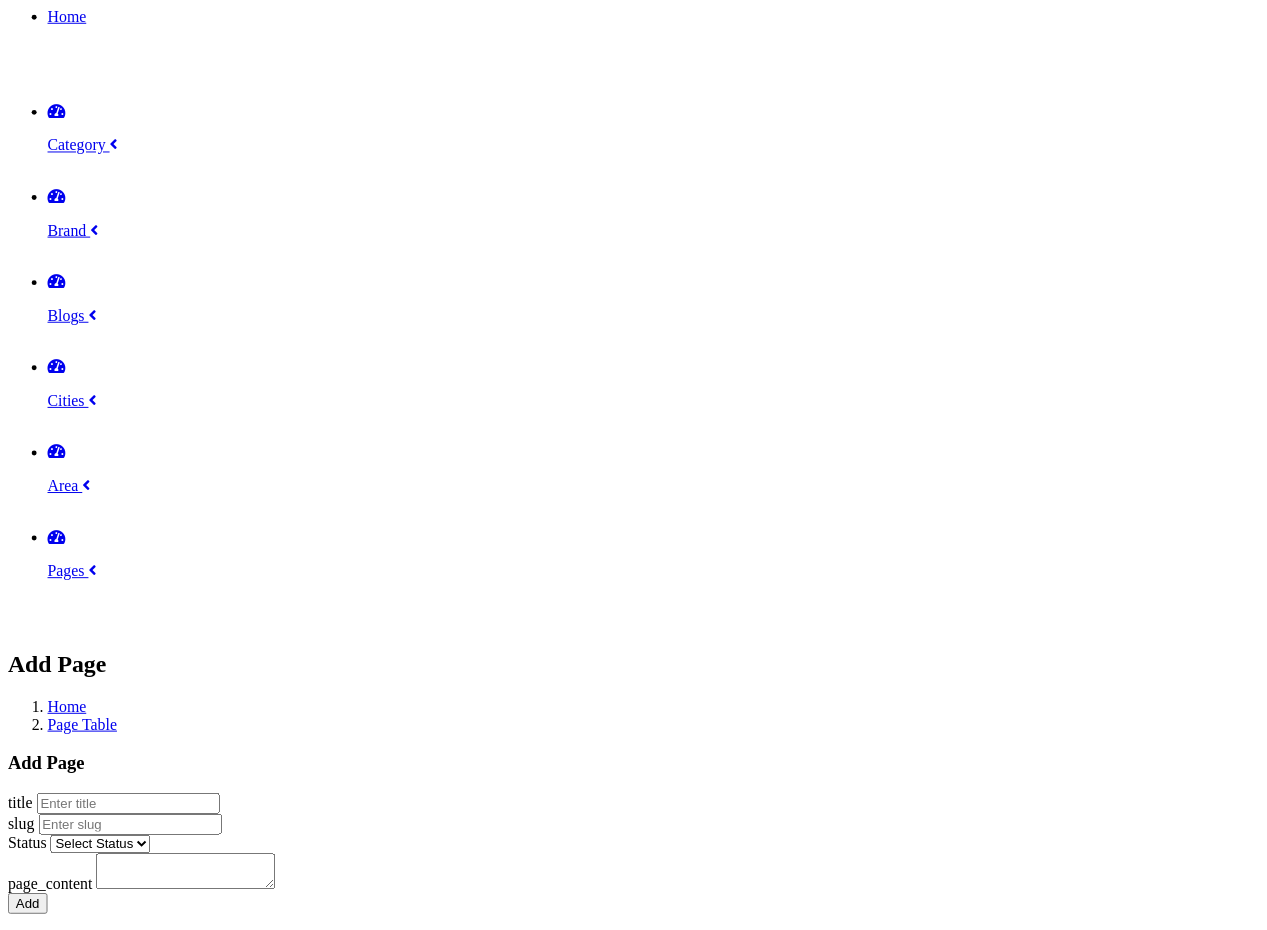
Repository: samiraelshon123/LP_Project
Page: http://localhost/admin/Page/create
These files come from the project's save history. The page is drawn as it stood at one moment and after the next save; the edit follows.
The browser window is 1280 px wide. The pictures show the whole page, at 99% of full size.
Some web fonts or font styles are not loaded; a fallback is used. The page is served by the project's Laravel application, run on PHP 8.4 with Laravel 9. A made-up administrator, Test User (test@example.com), is signed in. Other server files are loaded and not shown.

Above is the page before, as saved 2023-05-29 23:04:21.
Console error: ReferenceError: $ is not defined

### routes/web.php
<?php

use App\Http\Controllers\admin\AreaController;
use Illuminate\Support\Facades\Route;
use App\Http\Controllers\admin\CategoryController;
use App\Http\Controllers\admin\BrandController;
use App\Http\Controllers\admin\BlogController;
use App\Http\Controllers\admin\CityController;
use App\Http\Controllers\admin\PageController;
use App\Http\Controllers\admin\SocialMediaController;
use App\Http\Controllers\auth\RegisterController;
use App\Http\Controllers\auth\LoginController;
use App\Http\Controllers\auth\LogoutController;
use App\Http\Controllers\auth\AdminLoginController;

////////////

//user

use App\Http\Controllers\User\UserController;

/*
|--------------------------------------------------------------------------
| Web Routes
|--------------------------------------------------------------------------
|
| Here is where you can register web routes for your application. These
| routes are loaded by the RouteServiceProvider within a group which
| contains the "web" middleware group. Now create something great!
|
*/

Route::group(['prefix' => 'admin','middleware' => ['auth:admin']], function() {
        //admin
        Route::get('/', function(){
            return view('admin.dashboard');
        })->name('admin');

    // brand
    Route::resource('category', CategoryController::class);

    Route::resource('city', CityController::class);

    Route::resource('Area', AreaController::class);

    Route::resource('Page', PageController::class);




    // governorate
    Route::resource('brand', BrandController::class);

    //blog
     Route::resource('blog',BlogController::class);



});

//////////////////////////////////


Route::group(['middleware' => ['auth']], function() {
    Route::get('/', [UserController::class, 'home'])->name('user.home');
    Route::get('categories', [UserController::class, 'categories'])->name('user.categories');
    Route::get('about_us', [UserController::class, 'about_us'])->name('user.about_us');
    Route::get('change_location', [UserController::class, 'change_location'])->name('user.change_location');
    Route::get('contact_us', [UserController::class, 'contact_us'])->name('user.contact_us');
    Route::get('faq', [UserController::class, 'faq'])->name('user.faq');
    Route::get('privacy', [UserController::class, 'privacy'])->name('user.privacy');
    Route::get('terms_of_use', [UserController::class, 'terms_of_use'])->name('user.terms_of_use');
    Route::get('service_details', [UserController::class, 'service_details'])->name('user.service_details');
    Route::get('services_by_category', [UserController::class, 'services_by_category'])->name('user.services_by_category');




});

//////////////////////////////////

//authentication

Route::get('/register', [RegisterController::class, 'register'])->name('register');
Route::post('/register', [RegisterController::class, 'registerUser'])->name('registerUser');


Route::get('/login', [LoginController::class, 'login'])->name('login');
Route::post('/login', [LoginController::class, 'loginUser'])->name('loginUser');


Route::get('/logout', [LogoutController::class, 'logout']);

Route::get('/adminlogin', [AdminLoginController::class, 'loginPage']);
Route::post('/adminlogin', [AdminLoginController::class, 'loginAdmin'])->name('adminlogin');

### app/Models/User.php
<?php

namespace App\Models;

use Illuminate\Contracts\Auth\MustVerifyEmail;
use Illuminate\Database\Eloquent\Factories\HasFactory;
use Illuminate\Foundation\Auth\User as Authenticatable;
use Illuminate\Notifications\Notifiable;
use Laravel\Sanctum\HasApiTokens;

class User extends Authenticatable
{
    use HasApiTokens, HasFactory, Notifiable;

    /**
     * The attributes that are mass assignable.
     *
     * @var array<int, string>
     */
    protected $fillable = [
        'name',
        'phone',
        'email',
        'username',
        'password',
        'user_type'
    ];

    /**
     * The attributes that should be hidden for serialization.
     *
     * @var array<int, string>
     */
    protected $hidden = [
        'password',
        'remember_token',
    ];

    /**
     * The attributes that should be cast.
     *
     * @var array<string, string>
     */
    protected $casts = [
        'email_verified_at' => 'datetime',
    ];
     public function order(){
         return $this->belongsToMany(User::class, 'ord_users', 'user_id', 'order_id');
     }
}

### app/Models/Admin.php
<?php

namespace App\Models;

use Illuminate\Contracts\Auth\MustVerifyEmail;
use Illuminate\Database\Eloquent\Factories\HasFactory;
use Illuminate\Foundation\Auth\User as Authenticatable;
use Illuminate\Notifications\Notifiable;
use Laravel\Sanctum\HasApiTokens;

class Admin extends Authenticatable
{
    use HasApiTokens, HasFactory, Notifiable;
    public $table = 'admins';
    /**
     * The attributes that are mass assignable.
     *
     * @var array<int, string>
     */
    protected $fillable = [
        'name',
        'username',
        'role',
        'image',
        'description',
        'designation',
        'email',
        'password',
    ];

    /**
     * The attributes that should be hidden for serialization.
     *
     * @var array<int, string>
     */
    protected $hidden = [
        'password',
        'remember_token',
    ];

    /**
     * The attributes that should be cast.
     *
     * @var array<string, string>
     */
    protected $casts = [
        'email_verified_at' => 'datetime',
    ];
}

### app/Http/Controllers/admin/PageController.php
<?php

namespace App\Http\Controllers\admin;

use App\Http\Controllers\Controller;
use App\Models\Page;
use Illuminate\Http\Request;

class PageController extends Controller
{
    public function __construct()
    {
        $this->middleware('auth:admin');
    }

    public function index(){
        $pages = Page::all();

        return view('admin.pages.index', compact('pages'));

    }
    public function create(){
        return view('admin.pages.create');
    }
    public function store(Request $request)
    {
        $data = $request->validate([
            'title' => 'required|string',
            'slug' => 'required|string',
            'page_content' => 'required|string',
            'status' => 'required|string',

        ]);


        Page::create($data);
            session()->flash('add_message', 'Page has been added');

        return  redirect('admin/Page');
    }

    public function edit($id){

        $Page = Page::find($id);

        return view('admin.pages.edit', compact('Page'));
    }
    public function update(Request $request, $id){
        $data = $request->validate([
            'title' => 'required|string',
            'slug' => 'required|string',
            'page_content' => 'required|string',
             'status' => 'required|string',

        ]);
        $Page = Page::find($id);

        $Page->update($data);
        session()->flash('edit_message', 'Page has been updated');
        return  redirect('admin/Page');

    }
    public function destroy($id){
        $Page = Page::find($id);
        $Page->delete();
        session()->flash('delete_message', 'Page has been deleted');
        return  redirect('admin/Page');
    }
}

### resources/views/admin/pages/create.blade.php
@extends('layouts.admin')
@section('content')

  <div class="content-wrapper" style="margin-left: 0px;">
    <section class="content-header">
      <div class="container-fluid">
        <div class="row mb-2">
          <div class="col-sm-6">
            <h1>Add Page</h1>
          </div>
          <div class="col-sm-6">
            <ol class="breadcrumb float-sm-right">
              <li class="breadcrumb-item"><a href="{{route('admin')}}">Home</a></li>
              <li class="breadcrumb-item active"><a href="{{route('Page.index')}}">Page Table</a></li>
            </ol>
          </div>
        </div>
      </div>
    </section>

    <section class="content">
      <div class="container-fluid">
        <div class="row">



<div class="card card-primary" style="width: 100%;">
    @if ($errors->any())
            <div class="alert alert-danger">
                <ul>
                    @foreach ($errors->all() as $error)
                        <li>{{ $error }}</li>
                    @endforeach
                </ul>
            </div>
    @endif
    <div class="card-header">
        <h3 class="card-title">Add Page</h3>
    </div>

    <form action="{{route('Page.store')}}" method="POST" enctype="multipart/form-data">
        @csrf


        <div class="card-body">
          <div class="row">
            <div class="form-group col-6">
                <label for="exampleInputEmail1">title</label>
                <input type="text" class="form-control" id="exampleInputEmail1"  value="{{old('title')}}" name="title" placeholder="Enter title">
            </div>

            <div class="form-group col-6">
                <label for="exampleInputEmail1">slug</label>
                <input type="text" class="form-control" id="slug" value="{{old('slug')}}" name="slug" placeholder="Enter slug">
            </div>
            <div class="form-group col-6">
                <label for="exampleInputEmail1">Status</label>
                <select name="status" id="" class="form-control">
                <option value="" disabled selected>Select Status</option>

                  <option value="1">Active</option>
                  <option value="0">InActive</option>

                </select>
              </div>
              <div class="form-group col-6">
                <label for="exampleInputEmail1" id="summernote">page_content</label>
                <textarea id="summernote"></textarea>              </div>



            </div>

        </div>
        <div class="card-footer">
            <button type="submit" class="btn btn-primary">Add</button>
        </div>
    </form>
</div>
        </div>

      </div>
    </section>
  </div>
@endsection

<script>
  $(document).ready(function() {
   $('#summernote').summernote();
});
$(document).ready(function() {
   $('#summernote').summernote({
      height: 300, // set editor height
      minHeight: null, // set minimum height of editor
      maxHeight: null, // set maximum height of editor
      focus: true // set focus to editable area after initializing summernote
   });
});
var content = $('#summernote').summernote('code');
$('#summernote').summernote('code', '<p>This is the content of the editor.</p>');
$('#save').click(function(){
   var aHTML = $('.summernote').code(); //save HTML If you need(aHTML: array).
   $('.summernote').destroy();
   $.ajax({
      url: '/save',
      type: 'post',
      data: {content: aHTML},
      success: function(){
         alert('Your content was successfully saved');
      }
   });
});
</script>

### resources/views/layouts/admin.blade.php


  @include('includes.header')

  @include('includes.main_sidebar')

  <div class="content-wrapper">

    @yield('content')
  </div>


</div>

### resources/views/includes/header.blade.php

<!DOCTYPE html>
<html lang="en">
<head>
  <meta charset="utf-8">
  <meta name="viewport" content="width=device-width, initial-scale=1">
  <title>LP Dashboard</title>

  <link rel="stylesheet" href="{{asset('https://fonts.googleapis.com/css?family=Source+Sans+Pro:300,400,400i,700&display=fallback')}}">
  <link rel="stylesheet" href="{{asset('plugins/fontawesome-free/css/all.min.css')}}">
  <link rel="stylesheet" href="{{asset('dist/css/adminlte.min.css')}}">
</head>
<body class="hold-transition sidebar-mini layout-fixed">
<div class="wrapper">


  <nav class="main-header navbar navbar-expand navbar-white navbar-light">
    <ul class="navbar-nav">

      <li class="nav-item d-none d-sm-inline-block">
        <a href="{{route('admin')}}" class="nav-link">Home</a>
      </li>

    </ul>
  </nav>

### resources/views/includes/main_sidebar.blade.php

<aside class="main-sidebar sidebar-dark-primary elevation-4">

    <div class="sidebar">
      <div class="user-panel mt-3 pb-3 mb-3 d-flex">
        <div class="image">
        </div>
        <div class="info">
        <h5 style="color:white;" class="d-block">LP Dashboard</h5>
        </div>
      </div>



      <!-- Sidebar Menu -->
      <nav class="mt-2">
        <ul class="nav nav-pills nav-sidebar flex-column" data-widget="treeview" role="menu" data-accordion="false">

          <br>
              <li class="nav-item menu-open">
                <a href="{{route('category.index')}}" class="nav-link active">
                  <i class="nav-icon fas fa-tachometer-alt"></i>
                  <p>
                  Category
                    <i class="right fas fa-angle-left"></i>
                  </p>
                </a>
              </li>
              <br>
              <li class="nav-item menu-open">
                <a href="{{route('brand.index')}}" class="nav-link active">
                  <i class="nav-icon fas fa-tachometer-alt"></i>
                  <p>
                  Brand
                    <i class="right fas fa-angle-left"></i>
                  </p>
                </a>
              </li>
              <br>

              <li class="nav-item menu-open">
                <a href="{{route('blog.index')}}" class="nav-link active">
                  <i class="nav-icon fas fa-tachometer-alt"></i>
                  <p>
                  Blogs
                    <i class="right fas fa-angle-left"></i>
                  </p>
                </a>
              </li><br>
              <li class="nav-item menu-open">
                <a href="{{route('city.index')}}" class="nav-link active">
                  <i class="nav-icon fas fa-tachometer-alt"></i>
                  <p>
                  Cities
                    <i class="right fas fa-angle-left"></i>
                  </p>
                </a>
              </li><br>
              <li class="nav-item menu-open">
                <a href="{{route('Area.index')}}" class="nav-link active">
                  <i class="nav-icon fas fa-tachometer-alt"></i>
                  <p>
                  Area
                    <i class="right fas fa-angle-left"></i>
                  </p>
                </a>
              </li><br>
              <li class="nav-item menu-open">
                <a href="{{route('Page.index')}}" class="nav-link active">
                  <i class="nav-icon fas fa-tachometer-alt"></i>
                  <p>
                  Pages
                    <i class="right fas fa-angle-left"></i>
                  </p>
                </a>
              </li>
              <br>

              <br>



        </ul>
      </nav>
      <!-- /.sidebar-menu -->
    </div>
    <!-- /.sidebar -->
  </aside>

Loaded but not shown: app/Http/Controllers/Controller.php (common file); public/plugins/fontawesome-free/css/all.min.css (library); lang/en.json (common file)

After the next save:
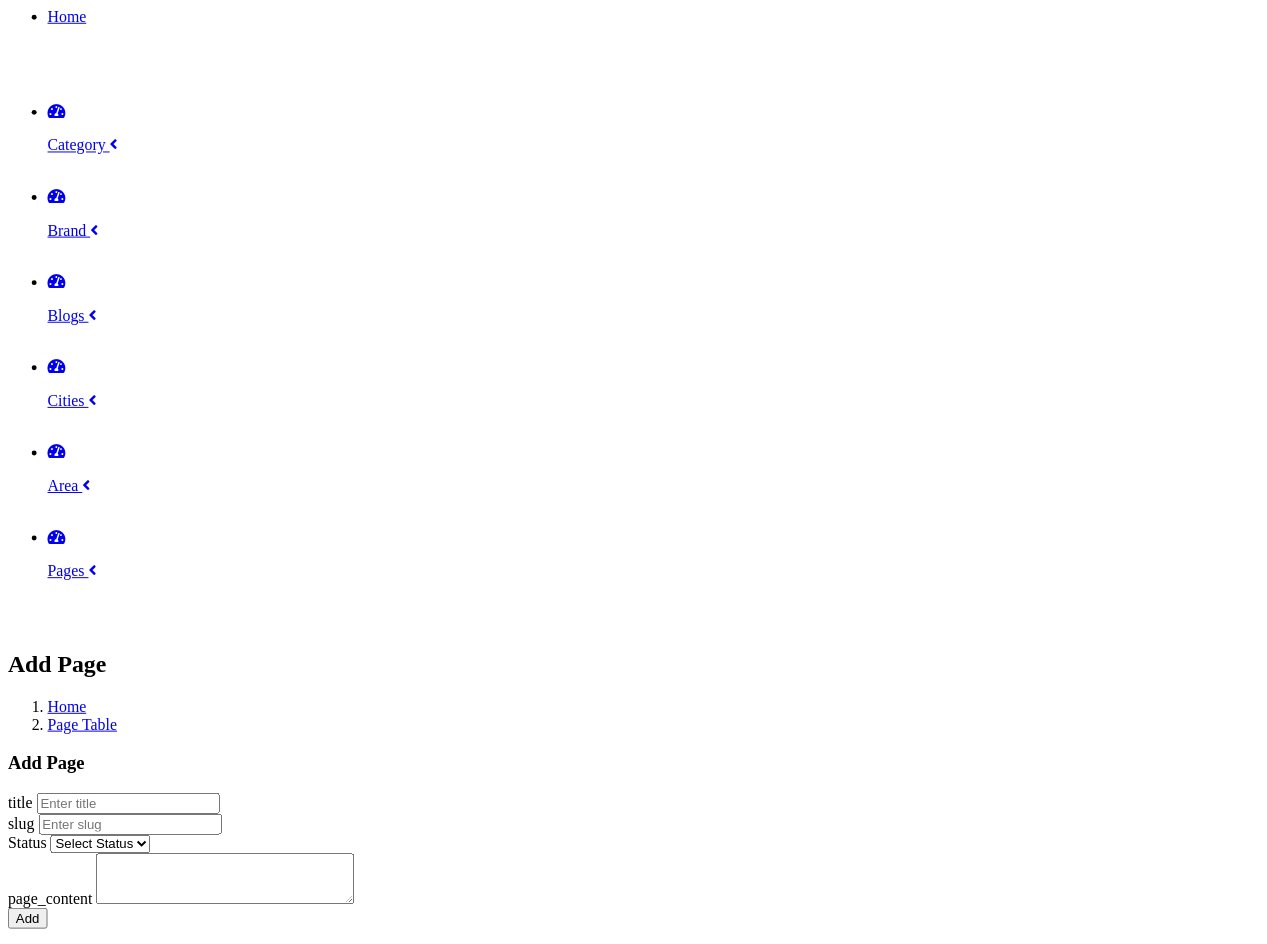
The error is gone.
Saved 67 s later.
--- a/resources/views/admin/pages/create.blade.php
+++ b/resources/views/admin/pages/create.blade.php
@@ -64,8 +64,9 @@
                 </select>
               </div>
               <div class="form-group col-6">
-                <label for="exampleInputEmail1" id="summernote">page_content</label>
-                <textarea id="summernote"></textarea>              </div>
+                <label for="exampleInputEmail1">page_content</label>
+                <textarea id="" cols="30" rows="3" class="form-control" name="page_content" >{{old('page_content')}}</textarea>
+              </div>
 
 
 
@@ -85,29 +86,5 @@
 @endsection
 
 <script>
-  $(document).ready(function() {
-   $('#summernote').summernote();
-});
-$(document).ready(function() {
-   $('#summernote').summernote({
-      height: 300, // set editor height
-      minHeight: null, // set minimum height of editor
-      maxHeight: null, // set maximum height of editor
-      focus: true // set focus to editable area after initializing summernote
-   });
-});
-var content = $('#summernote').summernote('code');
-$('#summernote').summernote('code', '<p>This is the content of the editor.</p>');
-$('#save').click(function(){
-   var aHTML = $('.summernote').code(); //save HTML If you need(aHTML: array).
-   $('.summernote').destroy();
-   $.ajax({
-      url: '/save',
-      type: 'post',
-      data: {content: aHTML},
-      success: function(){
-         alert('Your content was successfully saved');
-      }
-   });
-});
+
 </script>
